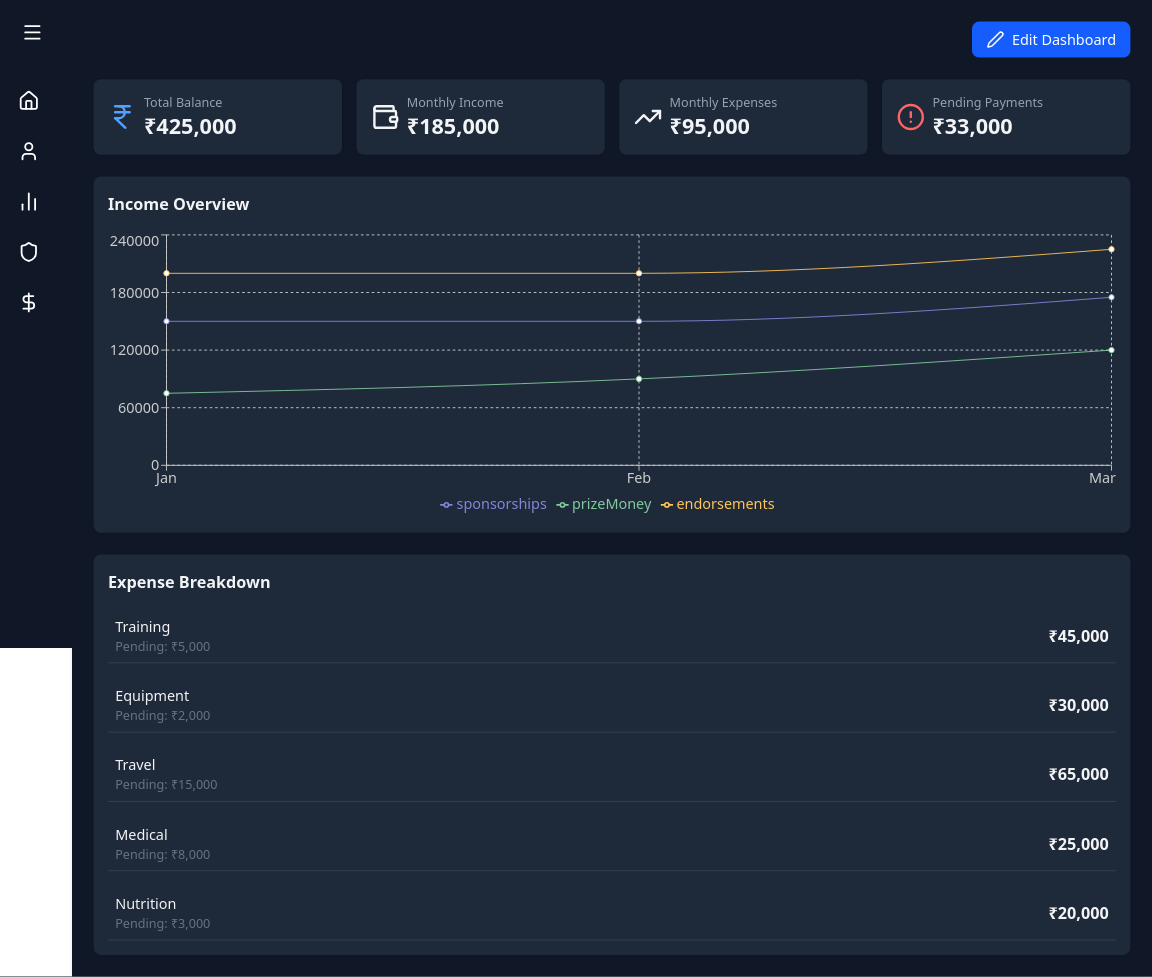
Repository: Shovon0004/Athlete
Page: /financial (app in Athlete/)
An editor plug-in stored every save of this project. The page is shown before and after the next save, followed by the edit.
The browser window is 1280 px wide. The pictures show the whole page, at 90% of full size.
The project was rebuilt for these pictures with package versions that can differ from the ones it lists, and the page was loaded fresh each time. Also part of the build but not shown: Athlete/vite.config.js, Athlete/src/components/AppointmentPage.jsx, Athlete/src/components/News.jsx, Athlete/src/components/SportsPage.jsx, Athlete/src/components/HeroPage.jsx.

Above is the page before, as saved 2025-01-27 21:26:17.

### Athlete/index.html
<!doctype html>
<html lang="en">
  <head>
    <meta charset="UTF-8" />
    <link rel="icon" type="image/svg+xml" href="/12.png" />
    <meta name="viewport" content="width=device-width, initial-scale=1.0" />
    <title>Khiladi.co</title>
  </head>
  <body>
    <div id="root"></div>
    <script type="module" src="/src/main.jsx"></script>
  </body>
</html>

### Athlete/src/App.jsx
import React from 'react';
import { BrowserRouter as Router, Route, Routes } from 'react-router-dom';
import SideNavbar from './components/SideNavbar';
import EditableFinanceDashboard from './components/EditableFinanceDashboard';
import HeroPage from './components/HeroPage';

const App = () => {
  return (
    <Router>
      <div className="flex">
        <SideNavbar />

        <div className="ml-20 flex-grow ">
          <Routes>
            <Route path="/" element={<HeroPage />} />
            <Route path="/financial" element={<EditableFinanceDashboard />} />
            {/* Add other routes as needed */}
          </Routes>
        </div>
      </div>
    </Router>
  );
};

export default App;

### Athlete/src/components/SideNavbar.jsx
import React, { useState } from 'react';
import {
  Home,
  User,
  BarChart2,
  Shield,
  DollarSign,
  Menu
} from 'lucide-react';

const SideNavbar = () => {
  const [isExpanded, setIsExpanded] = useState(false);

  const navItems = [
    { icon: Home, label: 'Dashboard', href: '/' },
    { icon: User, label: 'Athletes', href: '/athletes' },
    { icon: BarChart2, label: 'Performance', href: '/performance' },
    { icon: Shield, label: 'Injuries', href: '/injuries' },
    { icon: DollarSign, label: 'Financial', href: '/financial' }
  ];

  return (
    <div
      className={`h-screen bg-gray-900 text-white transition-all duration-300
        ${isExpanded ? 'w-64' : 'w-20'} fixed left-0 top-0 z-50`}
    >
      <div className="flex flex-col h-full">
        {/* Logo & Toggle */}
        <div className="flex items-center justify-between p-4  border-orange-700">
          {isExpanded && (
            <div className="text-xl font-bold">Khiladi</div>
          )}
          <button
            onClick={() => setIsExpanded(!isExpanded)}
            className="hover:bg-orange-700 p-2 rounded"
          >
            <Menu />
          </button>
        </div>

        {/* Navigation Items */}
        <nav className="flex-grow mt-4">
          <ul className="space-y-2">
            {navItems.map((item, index) => (
              <li key={index}>
                <a
                  href={item.href}
                  className={`flex items-center p-3 hover:bg-orange-700
                    ${isExpanded ? 'justify-start px-6' : 'justify-center'}`}
                >
                  <item.icon className="mr-4" />
                  {isExpanded && <span>{item.label}</span>}
                </a>
              </li>
            ))}
          </ul>
        </nav>
      </div>
    </div>
  );
};

export default SideNavbar;

### Athlete/src/components/EditableFinanceDashboard.jsx
import React, { useState } from "react";
import { motion } from "framer-motion";
import {
  LineChart,
  Line,
  XAxis,
  YAxis,
  CartesianGrid,
  Tooltip,
  Legend,
  ResponsiveContainer,
} from "recharts";
import {
  IndianRupee,
  Wallet,
  TrendingUp,
  AlertCircle,
  Calendar,
  Download,
  Edit2,
  Save,
  Plus,
  Trash2,
  Medal,
} from "lucide-react";

const EditableFinanceDashboard = () => {
  const [isEditing, setIsEditing] = useState(false);
  const [stats, setStats] = useState([
    { id: 1, label: "Total Balance", value: 425000, icon: IndianRupee, color: "blue" },
    { id: 2, label: "Monthly Income", value: 185000, icon: Wallet, color: "green" },
    { id: 3, label: "Monthly Expenses", value: 95000, icon: TrendingUp, color: "orange" },
    { id: 4, label: "Pending Payments", value: 33000, icon: AlertCircle, color: "red" },
  ]);

  const [incomeData, setIncomeData] = useState([
    { month: "Jan", sponsorships: 150000, prizeMoney: 75000, endorsements: 200000 },
    { month: "Feb", sponsorships: 150000, prizeMoney: 90000, endorsements: 200000 },
    { month: "Mar", sponsorships: 175000, prizeMoney: 120000, endorsements: 225000 },
  ]);

  const [expenseCategories, setExpenseCategories] = useState([
    { id: 1, category: "Training", amount: 45000, pending: 5000 },
    { id: 2, category: "Equipment", amount: 30000, pending: 2000 },
    { id: 3, category: "Travel", amount: 65000, pending: 15000 },
    { id: 4, category: "Medical", amount: 25000, pending: 8000 },
    { id: 5, category: "Nutrition", amount: 20000, pending: 3000 },
  ]);

  const [goals, setGoals] = useState([
    { id: 1, goal: "Win National Championship", status: "In Progress" },
    { id: 2, goal: "Improve Sprint Time by 10%", status: "Not Started" },
    { id: 3, goal: "Increase Sponsorship Income", status: "Completed" },
  ]);

  const handleExpenseChange = (id, field, value) => {
    setExpenseCategories((categories) =>
      categories.map((category) =>
        category.id === id ? { ...category, [field]: value } : category
      )
    );
  };

  const addExpenseCategory = () => {
    const newId = Math.max(...expenseCategories.map((c) => c.id)) + 1;
    setExpenseCategories([
      ...expenseCategories,
      { id: newId, category: "New Category", amount: 0, pending: 0 },
    ]);
  };

  const deleteExpenseCategory = (id) => {
    setExpenseCategories((categories) => categories.filter((category) => category.id !== id));
  };

  const handleGoalChange = (id, field, value) => {
    setGoals((prev) =>
      prev.map((goal) => (goal.id === id ? { ...goal, [field]: value } : goal))
    );
  };

  const addGoal = () => {
    const newId = Math.max(...goals.map((g) => g.id)) + 1;
    setGoals([...goals, { id: newId, goal: "New Goal", status: "Not Started" }]);
  };

  const deleteGoal = (id) => {
    setGoals((prev) => prev.filter((goal) => goal.id !== id));
  };

  return (
    <div className="w-full max-w-full max-h-full mx-auto p-6 space-y-6 bg-gray-900 text-gray-100  shadow-md">
      {/* Edit Mode Toggle */}
      <div className="flex justify-end">
        <motion.button
          whileHover={{ scale: 1.05 }}
          whileTap={{ scale: 0.95 }}
          onClick={() => setIsEditing(!isEditing)}
          className="flex items-center space-x-2 px-4 py-2 bg-blue-600 text-white rounded-lg hover:bg-blue-700"
        >
          {isEditing ? <Save className="h-5 w-5" /> : <Edit2 className="h-5 w-5" />}
          <span>{isEditing ? "Save Changes" : "Edit Dashboard"}</span>
        </motion.button>
      </div>

      {/* Top Stats */}
      <div className="grid grid-cols-1 md:grid-cols-4 gap-4">
        {stats.map((stat) => (
          <motion.div
            key={stat.id}
            className="p-4 bg-gray-800 rounded-lg shadow"
            whileHover={{ scale: 1.05 }}
          >
            <div className="flex items-center space-x-2">
              <stat.icon className={`h-8 w-8 text-${stat.color}-400`} />
              <div>
                <p className="text-sm text-gray-400">{stat.label}</p>
                {isEditing ? (
                  <input
                    type="number"
                    value={stat.value}
                    onChange={(e) =>
                      setStats((prev) =>
                        prev.map((item) =>
                          item.id === stat.id ? { ...item, value: Number(e.target.value) } : item
                        )
                      )
                    }
                    className="w-full p-1 border rounded bg-gray-700 text-gray-100"
                  />
                ) : (
                  <p className="text-2xl font-bold">₹{stat.value.toLocaleString()}</p>
                )}
              </div>
            </div>
          </motion.div>
        ))}
      </div>

      {/* Income Chart */}
      <motion.div
        className="p-4 bg-gray-800 rounded-lg shadow"
        initial={{ opacity: 0 }}
        animate={{ opacity: 1 }}
        transition={{ duration: 0.5 }}
      >
        <h2 className="text-lg font-bold mb-4">Income Overview</h2>
        <div className="h-80">
          <ResponsiveContainer width="100%" height="100%">
            <LineChart data={incomeData}>
              <CartesianGrid strokeDasharray="3 3" />
              <XAxis dataKey="month" stroke="#ccc" />
              <YAxis stroke="#ccc" />
              <Tooltip />
              <Legend />
              <Line type="monotone" dataKey="sponsorships" stroke="#8884d8" />
              <Line type="monotone" dataKey="prizeMoney" stroke="#82ca9d" />
              <Line type="monotone" dataKey="endorsements" stroke="#ffc658" />
            </LineChart>
          </ResponsiveContainer>
        </div>
      </motion.div>

      {/* Expense Breakdown */}
      <div className="p-4 bg-gray-800 rounded-lg shadow">
        <h2 className="text-lg font-bold mb-4">Expense Breakdown</h2>
        <div className="space-y-4">
          {expenseCategories.map((expense) => (
            <motion.div
              key={expense.id}
              className="flex items-center justify-between p-2 border-b border-gray-700"
              whileHover={{ scale: 1.02 }}
            >
              <div className="flex-grow">
                {isEditing ? (
                  <input
                    type="text"
                    value={expense.category}
                    onChange={(e) =>
                      handleExpenseChange(expense.id, "category", e.target.value)
                    }
                    className="p-1 border rounded bg-gray-700 text-gray-100"
                  />
                ) : (
                  <p className="font-medium">{expense.category}</p>
                )}
                <p className="text-sm text-gray-500">
                  Pending: ₹{expense.pending.toLocaleString()}
                </p>
              </div>
              <div className="flex items-center space-x-4">
                {isEditing ? (
                  <>
                    <input
                      type="number"
                      value={expense.amount}
                      onChange={(e) =>
                        handleExpenseChange(expense.id, "amount", Number(e.target.value))
                      }
                      className="p-1 border rounded w-32 bg-gray-700 text-gray-100"
                    />
                    <motion.button
                      onClick={() => deleteExpenseCategory(expense.id)}
                      whileHover={{ scale: 1.1 }}
                      className="text-red-400 hover:text-red-600"
                    >
                      <Trash2 className="h-5 w-5" />
                    </motion.button>
                  </>
                ) : (
                  <p className="text-lg font-bold">₹{expense.amount.toLocaleString()}</p>
                )}
              </div>
            </motion.div>
          ))}
        </div>
        {isEditing && (
          <motion.button
            onClick={addExpenseCategory}
            whileHover={{ scale: 1.05 }}
            className="flex items-center space-x-2 px-4 py-2 bg-green-600 text-white rounded-lg hover:bg-green-700 mt-4"
          >
            <Plus className="h-5 w-5" />
            <span>Add Category</span>
          </motion.button>
        )}
      </div>

      {/* Athlete Goals */}

    </div>
  );
};

export default EditableFinanceDashboard;

Loaded but not shown: Athlete/src/main.jsx (common file); Athlete/src/index.css (common file)

After the next save:
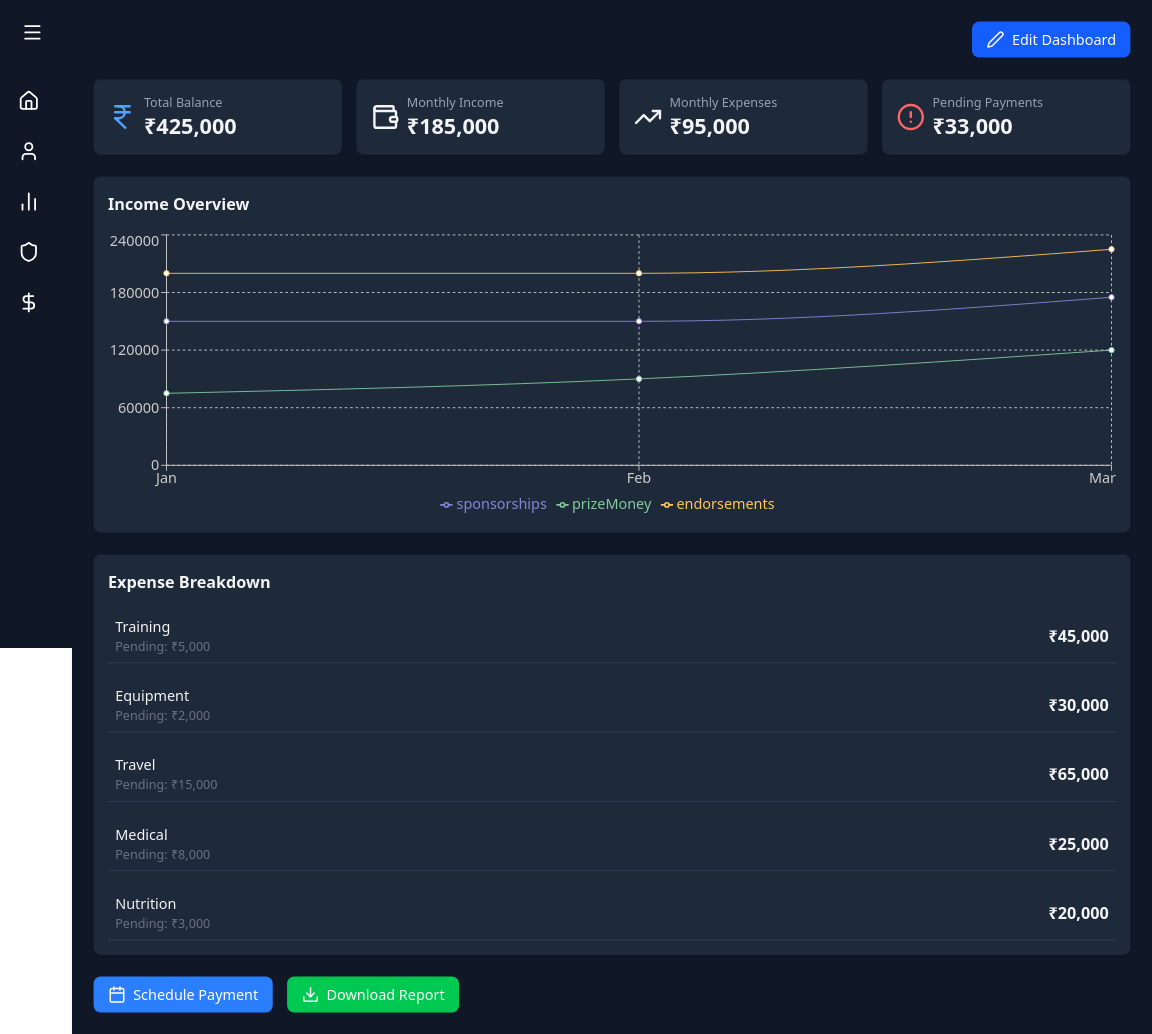
Saved 13 s later.
--- a/Athlete/src/components/EditableFinanceDashboard.jsx
+++ b/Athlete/src/components/EditableFinanceDashboard.jsx
@@ -227,7 +227,16 @@
       </div>
 
       {/* Athlete Goals */}
-
+      <div className="flex space-x-4">
+        <button className="flex items-center space-x-2 px-4 py-2 bg-blue-500 text-white rounded-lg hover:bg-blue-600">
+          <Calendar className="h-5 w-5" />
+          <span>Schedule Payment</span>
+        </button>
+        <button className="flex items-center space-x-2 px-4 py-2 bg-green-500 text-white rounded-lg hover:bg-green-600">
+          <Download className="h-5 w-5" />
+          <span>Download Report</span>
+        </button>
+      </div>
     </div>
   );
 };
